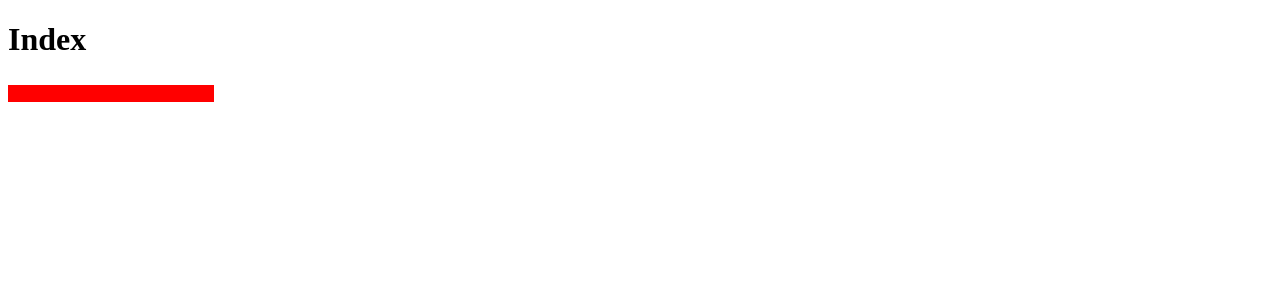
Repository: masaya28562/samurai_HTML-CSS
Page: index.html
The author's editor kept a record of every edit. The page is drawn from the files as they stood at one moment, then again after the next edit.
The browser window is 1280 px wide. The pictures show the whole page.
The first visible `a` is being pressed.

Above is the page before.

After the next edit:
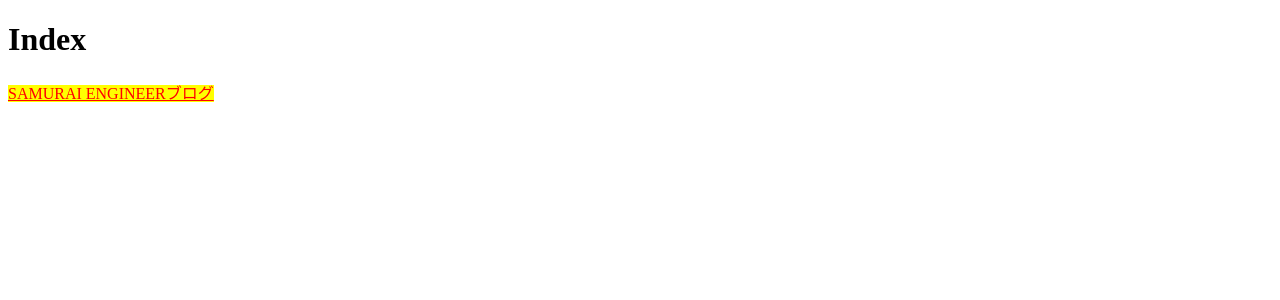
The edit:
--- a/index.html
+++ b/index.html
@@ -4,6 +4,14 @@
         <style>
             a:hover {
                 background-color: red;
+            }
+
+            a:active {
+              background-color: yellow;
+            }
+
+            input:focus {
+              background-color: green;
             }
         </style>
     </head>
